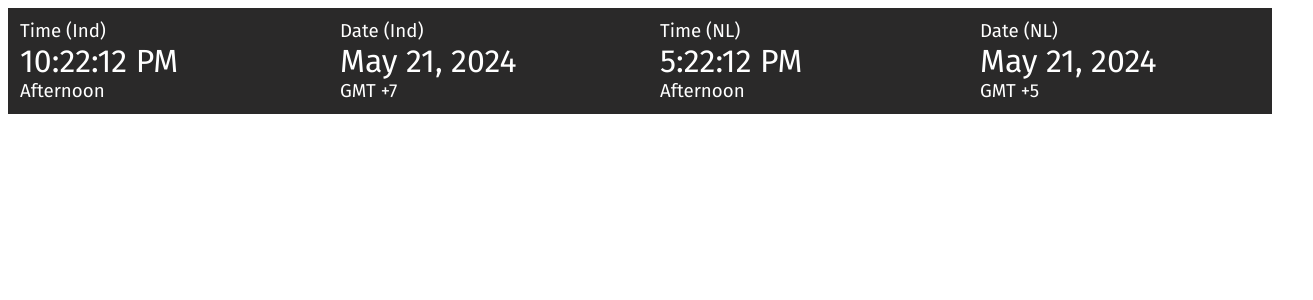
Repository: SnakeXrnt/notion-clock
Page: index.html
The author's editor kept a copy of each file at every save. The page is drawn from the files as they stood at one save, then again after the next save.
The browser window is 1280 px wide. The page is 1300 px wide, then 1313 px, so the pictures cover 1313 px, including what lies to the right of the window. The pictures show the whole page.

Above is the page before, as saved 2024-05-21 15:34:32.

After the next save:
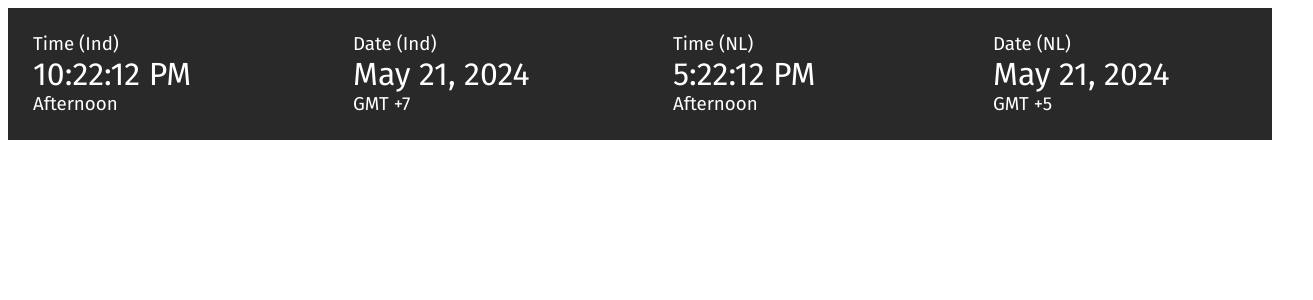
Saved 5 s later.
--- a/style.css
+++ b/style.css
@@ -2,7 +2,7 @@
     display: flex;
     flex-direction: column;
     background-color: rgb(42, 41, 41);
-    border: 1vw solid rgb(42, 41, 41);
+    border: 2vw solid rgb(42, 41, 41);
 }
 
 .time {
